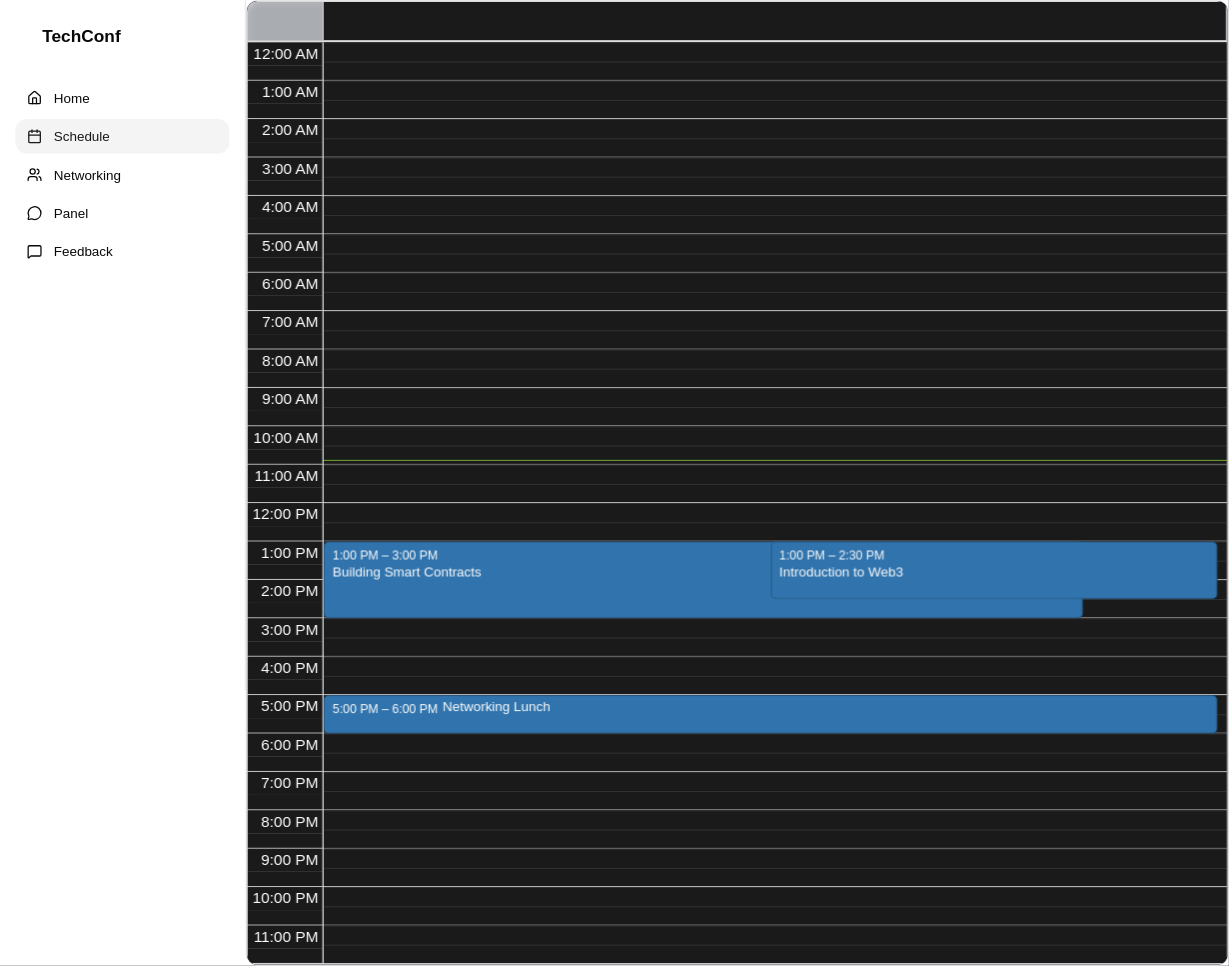
Repository: mrnavdal/symposium-2024
Page: /schedule (app in symposium24/)
An editor plug-in stored every save of this project. The page is shown before and after the next save, followed by the edit.
The browser window is 1280 px wide. The pictures show the whole page, at 96% of full size.
The project was rebuilt for these pictures with package versions that can differ from the ones it lists, and the page was loaded fresh each time. The framework's server and built-in components were replaced by stand-ins that run in the browser. Also part of the build but not shown: symposium24/next.config.ts.

Above is the page before, as saved 2024-11-08 13:44:39.

After the next save:
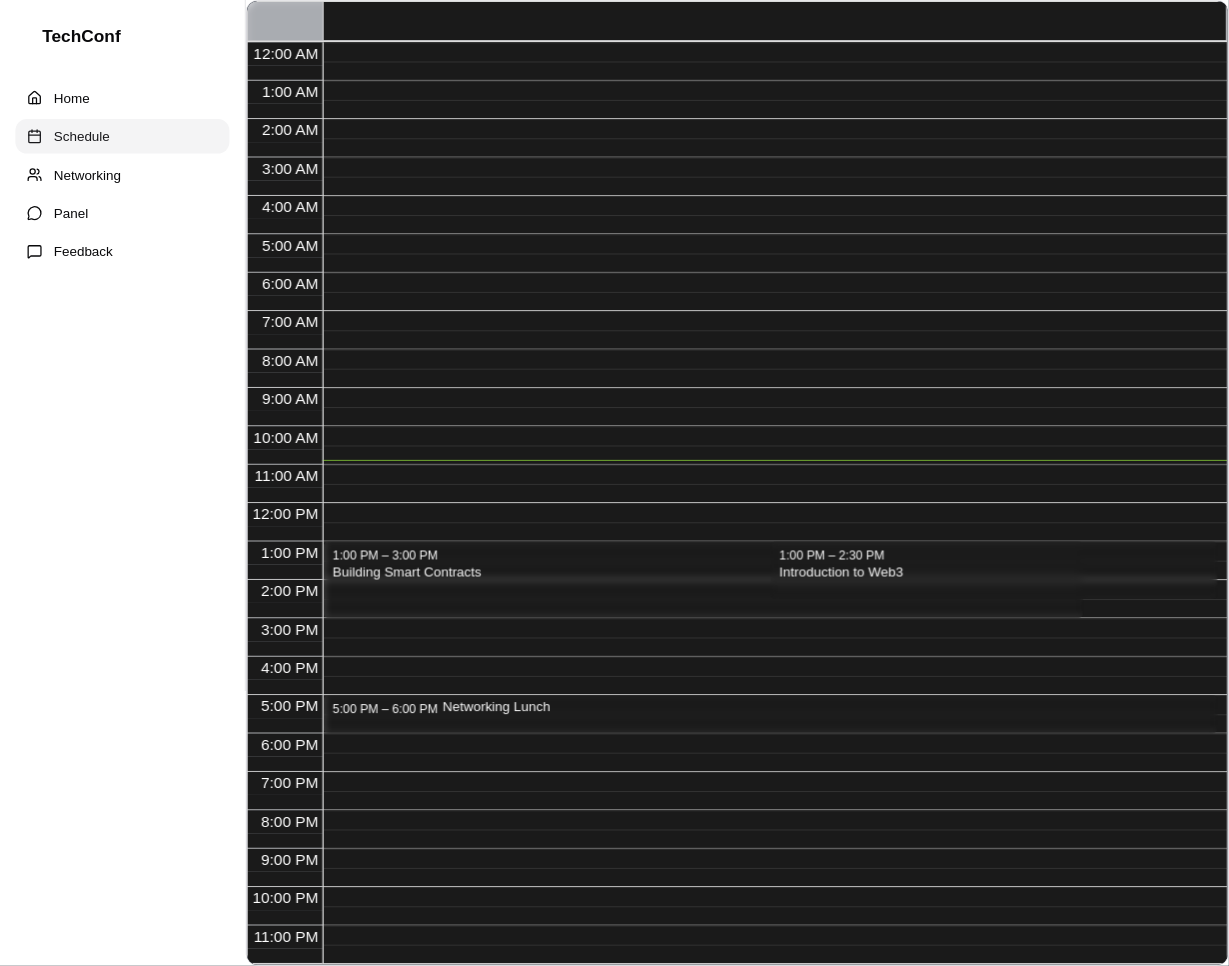
Saved 50 s later.
--- a/symposium24/src/components/Calendar.tsx
+++ b/symposium24/src/components/Calendar.tsx
@@ -16,10 +16,10 @@ const eventStyleGetter = (event: CalendarEvent) => {
   const isOngoing = moment().isBetween(event.start, event.end)
 
   const baseStyle = {
-    workshop: 'bg-green-500/90 hover:bg-green-600 border-green-600',
-    lecture: 'bg-green-500/90 hover:bg-green-600 border-green-600',
-    networking: 'bg-purple-500/90 hover:bg-purple-600 border-purple-600'
-  }[event.type]
+    workshop: 'bg-green-500 hover:bg-green-600 border-green-600',
+    lecture: 'bg-green-500 hover:bg-green-600 border-green-600',
+    networking: 'bg-purple-500 hover:bg-purple-600 border-purple-600'
+  }[event.type] || 'bg-blue-500 hover:bg-blue-600 border-blue-600'
 
   return {
     className: cn(
@@ -29,6 +29,8 @@ const eventStyleGetter = (event: CalendarEvent) => {
       isOngoing && 'ring-2 ring-yellow-400/50 shadow-lg'
     ),
     style: {
+      backgroundColor: 'transparent',
+      borderColor: 'transparent',
       padding: '4px 8px',
     }
   }
